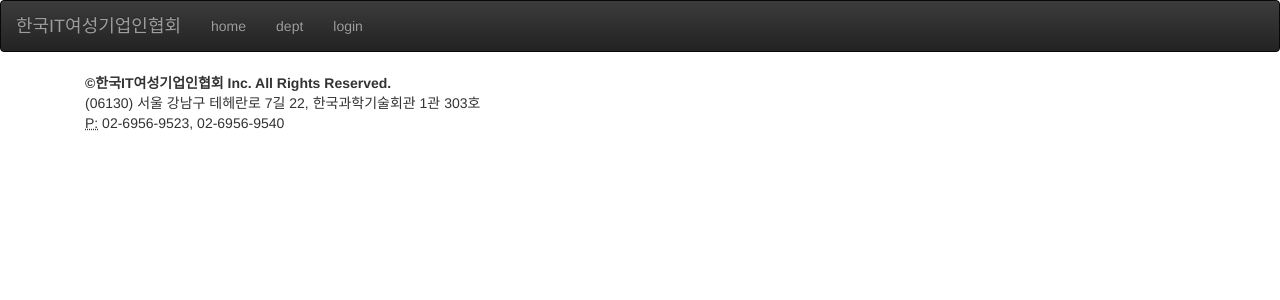
Repository: minho00123/sw-professional-training
Page: http://localhost/sts08/
These files come from the project's save history. The page is drawn as it stood at one moment and after the next save; the edit follows.
The browser window is 1280 px wide. The pictures show the whole page.
The page is served by Tomcat 9. Other server files are loaded and not shown.

Above is the page before, as saved 2025-05-21 01:27:56.
Console error (its wording comes from the project's code and is left out).

### stsWorkspace/sts08/src/main/webapp/WEB-INF/views/index.jsp
<%@ page language="java" contentType="text/html; charset=UTF-8"
	pageEncoding="UTF-8"%>
<!DOCTYPE html>
<html>
<head>
<meta charset="UTF-8">
<title>Insert title here</title>
</head>
<%@ include file="./layout/header.jspf"%>
<body>
	<%@ include file="./layout/menu.jspf"%>
	<%@ include file="./layout/footer.jspf"%>

</body>
</html>

### stsWorkspace/sts08/src/main/webapp/WEB-INF/views/layout/header.jspf
<%@ page language="java" contentType="text/html; charset=UTF-8"
    pageEncoding="UTF-8"%>
<%@ taglib prefix="c" uri="http://java.sun.com/jsp/jstl/core"%>
<!-- Latest compiled and minified CSS -->
<link rel="stylesheet"
	href="https://cdn.jsdelivr.net/npm/bootstrap@3.4.1/dist/css/bootstrap.min.css"
	integrity="sha384-HSMxcRTRxnN+Bdg0JdbxYKrThecOKuH5zCYotlSAcp1+c8xmyTe9GYg1l9a69psu"
	crossorigin="anonymous">

<!-- Optional theme -->
<link rel="stylesheet"
	href="https://cdn.jsdelivr.net/npm/bootstrap@3.4.1/dist/css/bootstrap-theme.min.css"
	integrity="sha384-6pzBo3FDv/PJ8r2KRkGHifhEocL+1X2rVCTTkUfGk7/0pbek5mMa1upzvWbrUbOZ"
	crossorigin="anonymous">

<!-- Latest compiled and minified JavaScript -->
<script
	src="https://cdn.jsdelivr.net/npm/bootstrap@3.4.1/dist/js/bootstrap.min.js"
	integrity="sha384-aJ21OjlMXNL5UyIl/XNwTMqvzeRMZH2w8c5cRVpzpU8Y5bApTppSuUkhZXN0VxHd"
	crossorigin="anonymous"></script>

<!-- jQuery (necessary for Bootstrap's JavaScript plugins) -->
<script src="https://code.jquery.com/jquery-1.12.4.min.js"
	integrity="sha384-nvAa0+6Qg9clwYCGGPpDQLVpLNn0fRaROjHqs13t4Ggj3Ez50XnGQqc/r8MhnRDZ"
	crossorigin="anonymous"></script>

### stsWorkspace/sts08/src/main/webapp/WEB-INF/views/layout/menu.jspf
<%@ page language="java" contentType="text/html; charset=UTF-8"
    pageEncoding="UTF-8"%>
<nav class="navbar navbar-inverse">
		<div class="container-fluid">
			<div class="navbar-header">
				<a class="navbar-brand" href="${pageContext.request.contextPath }/">
					한국IT여성기업인협회 </a>
			</div>
			<div class="collapse navbar-collapse"
				id="bs-example-navbar-collapse-1">
				<ul class="nav navbar-nav">
					<li><a href="${pageContext.request.contextPath }/">home</a></li>
					<li><a href="${pageContext.request.contextPath }/dept/">dept</a></li>
					<li><a href="${pageContext.request.contextPath }/login/">login</a></li>
				</ul>
			</div>
		</div>
	</nav>
	<div class="container">
		<div class="col-md-12">
			<!-- begin -->

### stsWorkspace/sts08/src/main/webapp/WEB-INF/views/layout/footer.jspf
<%@ page language="java" contentType="text/html; charset=UTF-8"
    pageEncoding="UTF-8"%>
			<!-- end -->
		</div>
		<div class="col-md-12">
			<address>
				<strong>©한국IT여성기업인협회 Inc. All Rights Reserved.</strong><br>
				(06130) 서울 강남구 테헤란로 7길 22, 한국과학기술회관 1관 303호 <br> <abbr
					title="Phone">P:</abbr> 02-6956-9523, 02-6956-9540
			</address>
		</div>
	</div>

After the next save:
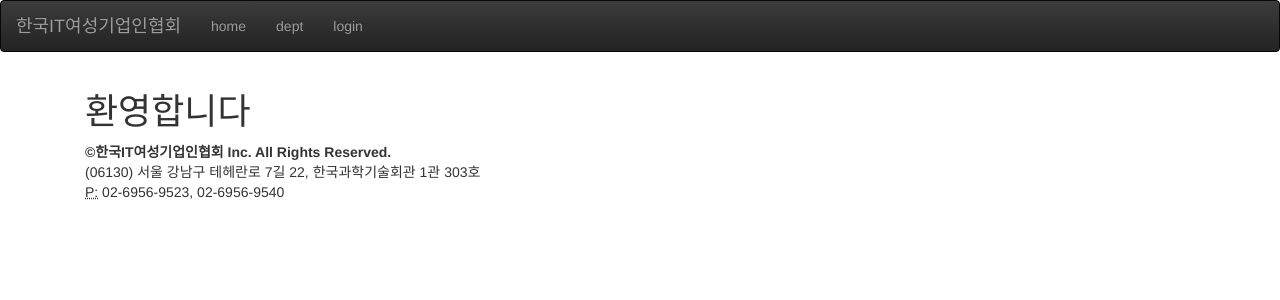
Saved 11 s later.
--- a/stsWorkspace/sts08/src/main/webapp/WEB-INF/views/index.jsp
+++ b/stsWorkspace/sts08/src/main/webapp/WEB-INF/views/index.jsp
@@ -9,7 +9,9 @@
 <%@ include file="./layout/header.jspf"%>
 <body>
 	<%@ include file="./layout/menu.jspf"%>
+	<div>
+		<h1>환영합니다</h1>
+	</div>
 	<%@ include file="./layout/footer.jspf"%>
-
 </body>
 </html>
